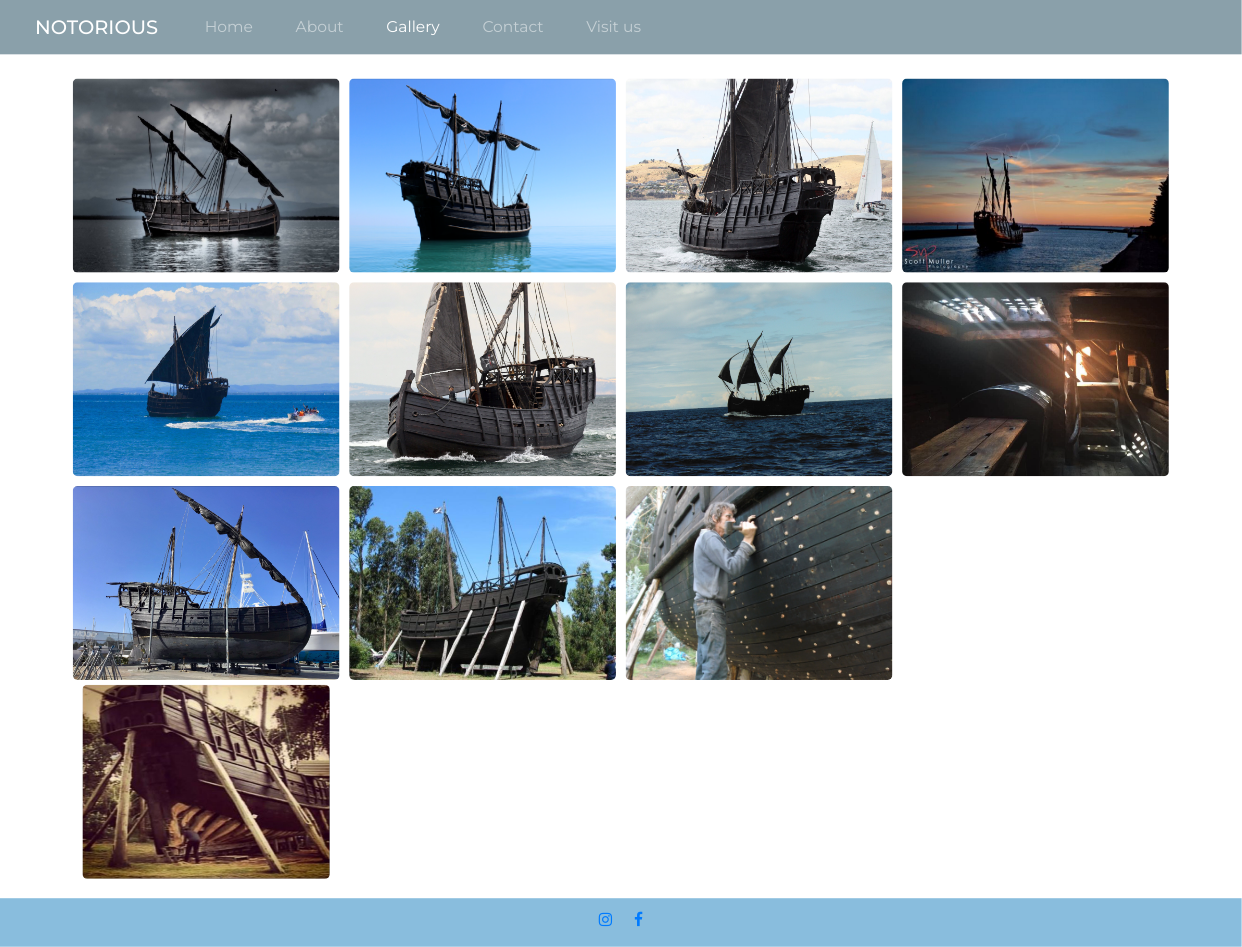
Repository: TSRose/NotorioustheShip
Page: gallery.html
The author's editor kept a record of every edit. The page is drawn from the files as they stood at one moment, then again after the next edit.
The browser window is 1280 px wide. The pictures show the whole page, at 97% of full size.
Some web libraries are served in a nearby version.

Above is the page before.

### gallery.html
<!DOCTYPE html>
<html lang="en">

<head>
    <meta charset="UTF-8">
    <meta name="viewport" content="width=device-width, initial-scale=1.0">
    <meta http-equiv="X-UA-Compatible" content="ie=edge">
    <link rel="stylesheet" href="https://stackpath.bootstrapcdn.com/bootstrap/4.3.1/css/bootstrap.min.css" type="text/css" />
    <link rel="stylesheet" href="https://stackpath.bootstrapcdn.com/font-awesome/4.7.0/css/font-awesome.min.css">
    <link href="//maxcdn.bootstrapcdn.com/bootstrap/4.0.0/css/bootstrap.min.css" rel="stylesheet" id="bootstrap-css">
    <script src="//cdnjs.cloudflare.com/ajax/libs/jquery/3.2.1/jquery.min.js"></script>
    <link rel="stylesheet" href="assets/css/style.css" type="text/css">

    <title>Notorious the Ship</title>
</head>

<body>
    <nav class="navbar navbar-dark navbar-expand-sm">
        <a href="index.html" class="navbar-brand">NOTORIOUS</a>
        <button class="navbar-toggler ml-auto" type="button" data-toggle="collapse" data-target="#navbarNavDropdown" aria-controls="navbarNavDropdown" aria-expanded="false" aria-label="Toggle navigation">
      <span class="navbar-toggler-icon"></span></button>
        <div class="collapse navbar-collapse" id="navbarNavDropdown">
            <ul class="navbar-nav mr-auto">
                <li class="nav-item mr-2"><a class="nav-link" href="index.html">Home</a></li>
                <li class="nav-item mr-2"><a class="nav-link" href="about.html">About</a></li>
                <li class="active nav-item mr-2"><a class="nav-link" href="gallery.html">Gallery</a></li>
                <li class="nav-item mr-2"><a class="nav-link" href="contact.html">Contact</a></li>
                <li class="nav-item mr-2"><a class="nav-link" href="open.html">Visit us</a></li>
            </ul>
        </div>
    </nav>
    <!---------------------------gallery----->
    <section class="gallery-container">
        <div class="container page-top">
            <div class="row">
                <div class="col-lg-3 col-md-4 col-xs-6 thumb image-padding">
                    <img src="assets/images/onthewater2.jpg" class="zoom img-fluid " alt="sailing ship">
                </div>
                <div class="col-lg-3 col-md-4 col-xs-6 thumb image-padding">
                    <img src="assets/images/notorious_on_anchor.PNG" class="zoom img-fluid " alt="sailing ship">
                </div>
                <div class="col-lg-3 col-md-4 col-xs-6 thumb image-padding">
                    <img src="assets/images/onthewater4.jpg" class="zoom img-fluid " alt="sailing ship">
                </div>
                <div class="col-lg-3 col-md-4 col-xs-6 thumb image-padding">
                    <img src="assets/images/onthewater5.jpg" class="zoom img-fluid " alt="sailing ship">
                </div>
                <div class="col-lg-3 col-md-4 col-xs-6 thumb image-padding">
                    <img src="assets/images/onthewater6.jpg" class="zoom img-fluid " alt="sailing ship">
                </div>
                <div class="col-lg-3 col-md-4 col-xs-6 thumb image-padding">
                    <img src="assets/images/onthewater7.jpg" class="zoom img-fluid " alt="sailing ship">
                </div>
                <div class="col-lg-3 col-md-4 col-xs-6 thumb image-padding">
                    <img src="assets/images/onthewater9.JPG" class="zoom img-fluid " alt="sailing ship">
                </div>
                <div class="col-lg-3 col-md-4 col-xs-6 thumb image-padding">
                    <img src="assets/images/belowdecks.jpg" class="zoom img-fluid " alt="below deck">
                </div>
            </div>
            <div class="row">
                <div class="col-lg-3 col-md-4 col-xs-6 thumb image-padding">
                    <img src="assets/images/Onthehard.jpg" class="zoom img-fluid " alt="on the hard">
                </div>
                <div class="col-lg-3 col-md-4 col-xs-6 thumb image-padding">
                    <img src="assets/images/Construction1.jpg" class="zoom img-fluid " alt="under construction">
                </div>
                <div class="col-lg-3 col-md-4 col-xs-6 thumb image-padding">
                    <img src="assets/images/Construction2.jpg" class="zoom img-fluid " alt="under construction">
                </div>
            </div>
            <div class="row">
                <div class="col-lg-3 col-md-4 col-xs-6 thumb">
                    <img src="assets/images/Construction3.jpg" class="zoom img-fluid " alt="under construction">
                </div>
            </div>
        </div>
    </section>


    <!---------------------------footer----->
    <footer class="container-fluid footer">
        <div id="footer-details" class="row">
            <div class="col-12">
                <ul class="list-inline social-links">
                    <li class="list-inline-item">
                        <a target="_blank" href="http://instagram.com/notorioustheship">
                        <i class="fa fa-instagram" aria-hidden="true"></i>
                        <span class="sr-only">Instagram</span>
                        </a>
                    </li>
                    <li class="list-inline-item">
                        <a target="_blank" href="http://facebook.com/notorioustheship">
                        <i class="fa fa-facebook" aria-hidden="true"></i>
                        <span class="sr-only">Facebook</span>
                        </a>
                    </li>
                </ul>
            </div>
        </div>
    </footer>

    <script src="https://code.jquery.com/jquery-3.3.1.slim.min.js" integrity="sha384-q8i/X+965DzO0rT7abK41JStQIAqVgRVzpbzo5smXKp4YfRvH+8abtTE1Pi6jizo" crossorigin="anonymous"></script>
    <script src="https://cdnjs.cloudflare.com/ajax/libs/popper.js/1.14.7/umd/popper.min.js" integrity="sha384-UO2eT0CpHqdSJQ6hJty5KVphtPhzWj9WO1clHTMGa3JDZwrnQq4sF86dIHNDz0W1" crossorigin="anonymous"></script>
    <script src="https://stackpath.bootstrapcdn.com/bootstrap/4.3.1/js/bootstrap.min.js" integrity="sha384-JjSmVgyd0p3pXB1rRibZUAYoIIy6OrQ6VrjIEaFf/nJGzIxFDsf4x0xIM+B07jRM" crossorigin="anonymous"></script>

</body>

</html>

### assets/css/style.css
@import url('https://fonts.googleapis.com/css?family=Montserrat:100,200,300,400,500,600,700|Roboto:100,200,300,400,500,600,700');

body {
    margin: 10;
    padding: 0;
}

header {
    margin: 0;
}

.footer {
    background-color: #89bddd;
    border-color: #89bddd;
}

h2 {
    margin-bottom: 20px;
}

/*-------------------------------- navbar */

.navbar-brand {
    font-family: "Montserrat", sans-serif;
    color: #fafafa;
    margin: 0 20px;
    font-weight: 500;
}

.nav-item {
    color: #fafafa;
    font-family: "Montserrat", sans-serif;
    margin: 0 20px;
}

.list-inline {
    text-align: center;
}

.navbar {
    color: #aaa;
    background-color: #8aa0aa;
    margin-bottom: 0;
    border: 0;
    width: 100%;
}

.navbar .navbar-toggler {
    border: 0;
}

/*---------------------------------Landing ----*/

.landing-container {
    height: 100VH;
    background: url("../images/notorious_portdouglas_xsm_crop.jpg") no-repeat center center fixed;
    -webkit-background-size: cover;
    -moz-background-size: cover;
    -o-background-size: cover;
    background-size: cover;
    display: flex;
    align-items: center;
    justify-content: center;
    position: relative;
}

@media (min-width: 576px) {
    .landing-container {
        background: url("../images/notorious_portdouglas_sm_crop.jpg") no-repeat center right fixed;
    }
}

@media (min-width: 768px) {
    .landing-container {
        background: url("../images/notorious_portdouglas_md_crop.jpg") no-repeat center right fixed;
    }
}

@media (min-width: 992px) {
    .landing-container {
        background: url("../images/notorious_portdouglas.PNG") no-repeat center left fixed;
    }
}

.text-uppercase {
    text-transform: uppercase;
}

.landing-subheading {
    padding: 0 0px;
    text-align: left;
}

/*--------------------------------Jumbotron*/

.absolute {
    position: absolute;
    height: 100VH;
    width: 100VW;
    padding: 7%;
}

.jumbotron {
    background-color: transparent;
    padding: 0;
    color: #fafafa;
    height: 100VH;
}

.jumbotron-header {
    font-weight: bold;
    margin-bottom: 35px;
    margin: 50px;
    text-transform: capitalize;
    padding: 50px;
}


/*--------------------------------------- contact form*/

.contact-heading {
    font-family: "Montserrat", sans-serif;
    font-weight: 200;
    padding-top: 30px;
    margin-top: 25px;
    margin-bottom: 15px;
}

.center-form {
    padding: 0 10px;
    margin: 0 auto;
    max-width: 70%;
}

button[type="submit"] {
    margin-top: 15px;
    margin-bottom: 20px;
    color: #fafafa;
    background-color: #3498db;
}

.btn {
    padding: 5px;
}

.form-control {
    margin: 10px 0;
}

.share {
    margin: 25px 0;
}

@media(max-width: 991px) {
    .center-form {
        padding-top: 30px;
        min-height: 240px;
        margin: 0 auto;
        max-width: 70%;
    }
}

@media(min-width: 992px) {
    .center-form {
        padding-top: 30px;
        min-height: 240px;
        margin: 0 auto;
        max-width: 50%;
    }
}

@media(min-width: 992px) {
    .contact-heading {
        font-family: "Montserrat", sans-serif;
        font-weight: 400;
        margin-top: 25px;
        margin-bottom: 20px;
    }
}

/*-----------------------------------About*/

.about-container {
    margin: 15px;
}

.article-wrapper {
    margin-right: 50px;
}

.theshipimage {
    background: url("../images/notorious_on_anchor.PNG");
    background-position: left;
    background-repeat: no-repeat;
    display: inline-block;
    width: 300px;
    height: auto;
    transition: all .5s ease-in-out;
    -moz-transition: all .5s ease-in-out;
    -webkit-transition: all .5s ease-in-out;
    margin: 0 15;
}

.thebuilderimage {
    background: url("../images/graemewylie.jpg");
    background-position: left;
    background-repeat: no-repeat;
    background-size: cover;
    display: block;
    width: 300px;
    height: auto;
    transition: all .5s ease-in-out;
    -moz-transition: all .5s ease-in-out;
    -webkit-transition: all .5s ease-in-out;
}

.thehistoryimage {
    background: url("../images/portuguesecaravelmodel.jpg");
    background-position: left;
    background-repeat: no-repeat;
    background-size: cover;
    display: block;
    width: auto;
    height: 300px;
    max-height: 300px;
    transition: all .5s ease-in-out;
    -moz-transition: all .5s ease-in-out;
    -webkit-transition: all .5s ease-in-out;
}

.article-container {
    margin: 30px;
}

/*-----------------------------------Open Days*/
.opendays {

}

/*-----------------------------------Gallery*/

.gallery-container {
    padding: 20px 0;
}

.image-padding {
    padding: 5px;
}

.zoom {
    width: 100%;
    height: 200px;
    border-radius:5px;
    background-size: cover;
    -webkit-transition: all .3s ease-in-out;
    -moz-transition: all .3s ease-in-out;
    -o-transition: all .3s ease-in-out;
    -ms-transition: all .3s ease-in-out;
}


.transition {
    -webkit-transform: scale(1.2);
    -moz-transform: scale(1.2);
    -o-transform: scale(1.2);
    transform: scale(1.2);
}
    .modal-header {

     border-bottom: none;
}
    .modal-title {
        color:#000;
    }
    .modal-footer{
      display:none;
    }


/*-----------------------------------Buttons*/

.btn--learnmore {
    font-weight: bold;
    font-size: small;
    border-radius: 23px;
    width: 180px;
}


.btn--learnmore:hover,
.but--learnmore:active,
.btn--learnmore:focus,
.btn--learnmore:active:focus {
    background-color: #89bddd;
    border-color: #89bddd;
}

/*-----------------------------------Footer*/

.social-links {
    margin-top: 10px;
    padding-bottom: 0px;
}

.list-inline-item {
    padding-left: 5px;
    padding-right: 5px;
}

After the next edit:
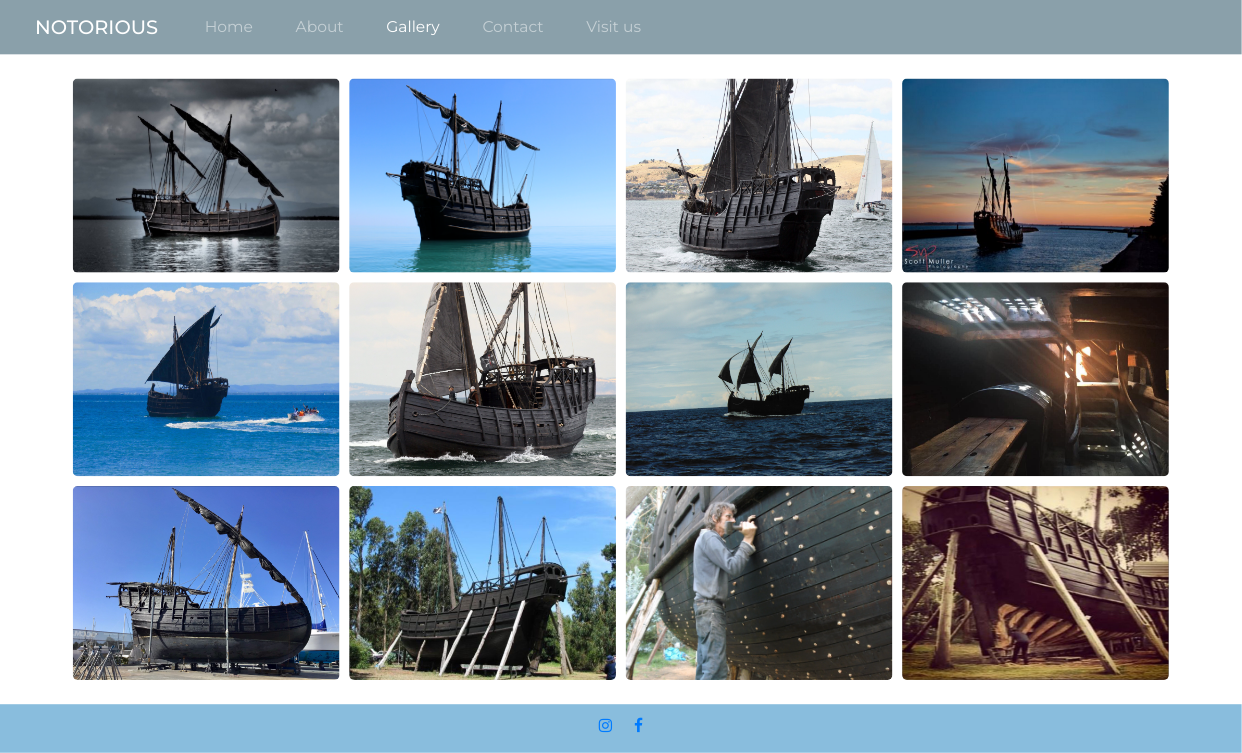
The edit:
--- a/gallery.html
+++ b/gallery.html
@@ -68,9 +68,7 @@
                 <div class="col-lg-3 col-md-4 col-xs-6 thumb image-padding">
                     <img src="assets/images/Construction2.jpg" class="zoom img-fluid " alt="under construction">
                 </div>
-            </div>
-            <div class="row">
-                <div class="col-lg-3 col-md-4 col-xs-6 thumb">
+                <div class="col-lg-3 col-md-4 col-xs-6 thumb image-padding">
                     <img src="assets/images/Construction3.jpg" class="zoom img-fluid " alt="under construction">
                 </div>
             </div>
